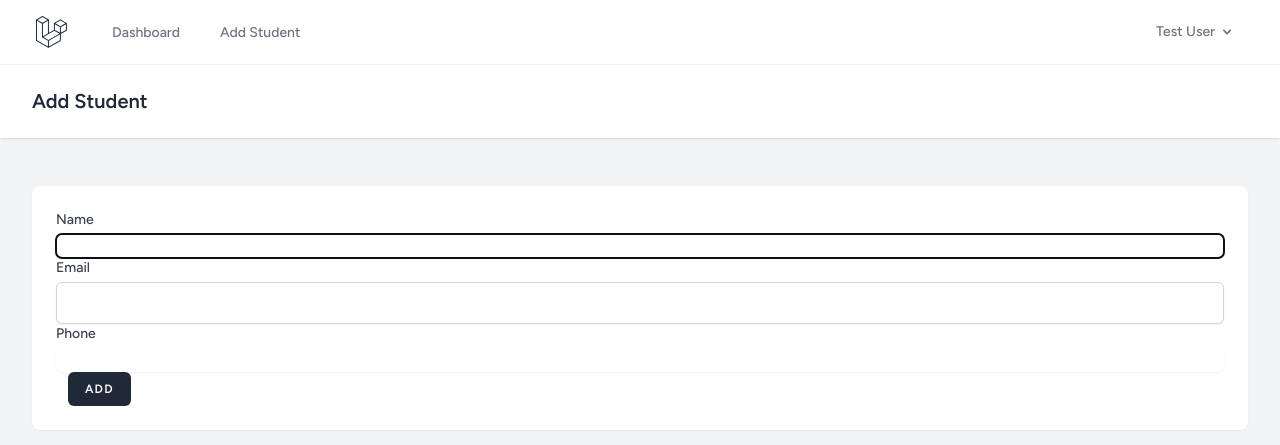
Repository: rkrukshan/CRUD-with-Laravel-V.10-Breeze
Page: http://localhost/add-student
An editor plug-in stored every save of this project. The page is shown before and after a run of saves, followed by the edit.
The browser window is 1280 px wide. The pictures show the whole page.
The page is served by the project's Laravel application, run on PHP 8.4 with Laravel 10. A made-up administrator, Test User (test@example.com), is signed in. Style sheets and scripts are compiled from the project's sources, by tool versions that may differ from the author's.

Above is the page before, as saved 2023-11-14 20:33:42.

After the next 2 saves:
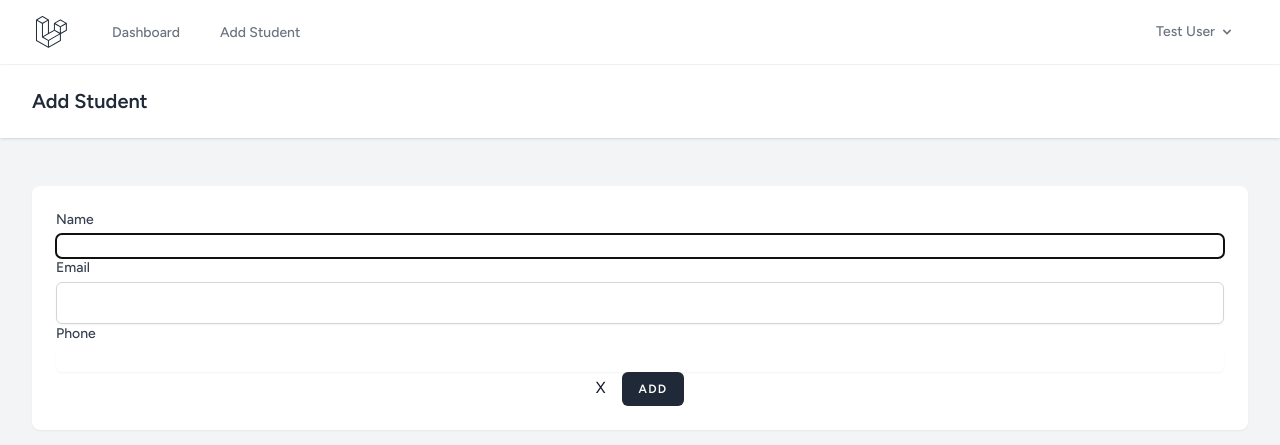
The 2 saves are shown as one change because they came seconds apart.
The last was saved 22 s later.
--- a/resources/views/student/create.blade.php
+++ b/resources/views/student/create.blade.php
@@ -33,6 +33,7 @@
 
 
                         <div>
+                            <center>X
                             <x-primary-button class="ms-3">
                                 {{ __('Add') }}
                             </x-primary-button>
